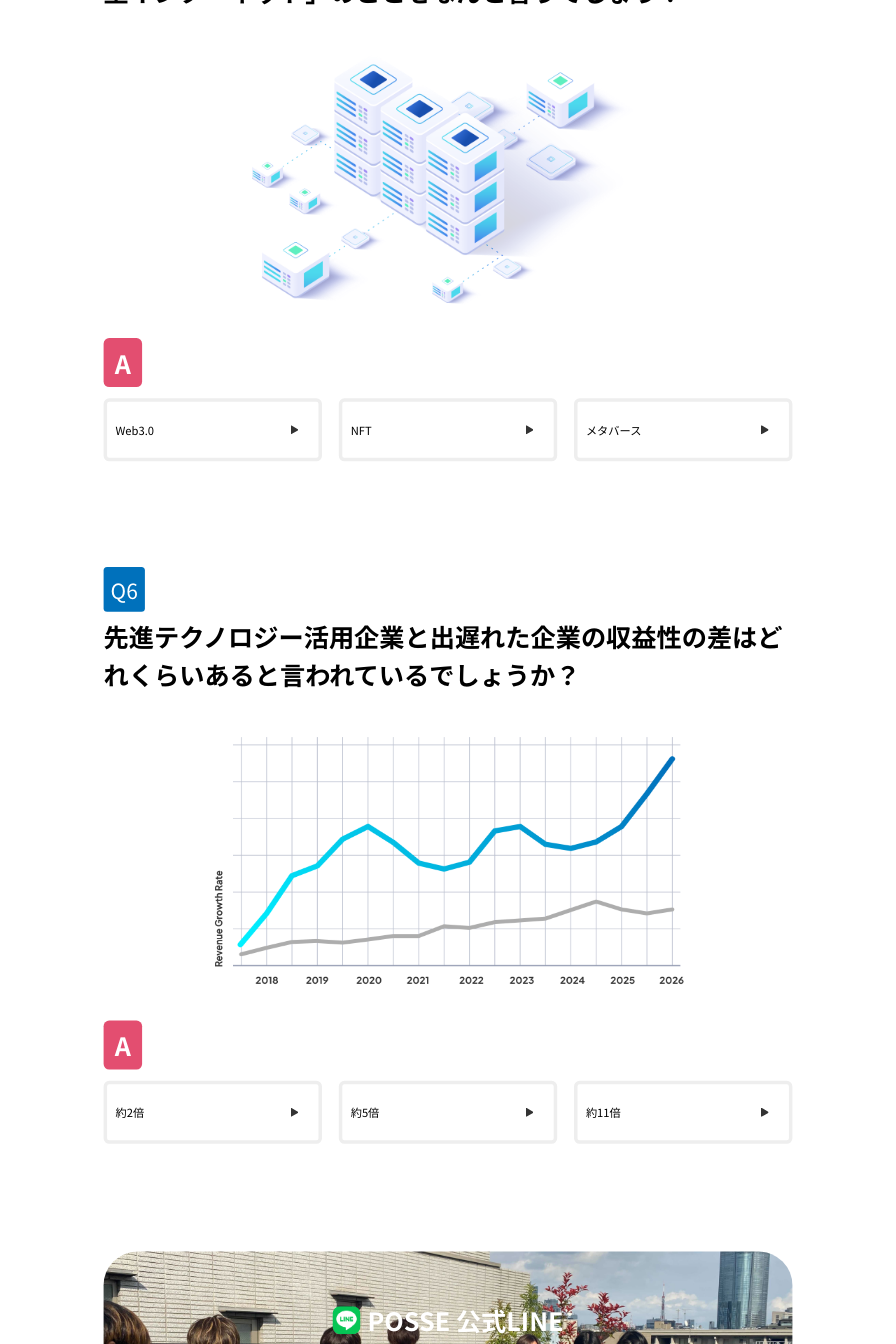
Repository: posse-ap/gen3.0-yurietanaka
Page: ph1-web-quiz/index.html
The author's editor kept a copy of each file at every save. The page is drawn from the files as they stood at one save, then again after the next save.
The browser window is 1280 px wide. The pictures show the part of the page from y = 4580 to 6500 px (the page is 7059 px tall), at 70% of full size.

Above is the page before, as saved 2022-09-02 15:31:24.

After the next save:
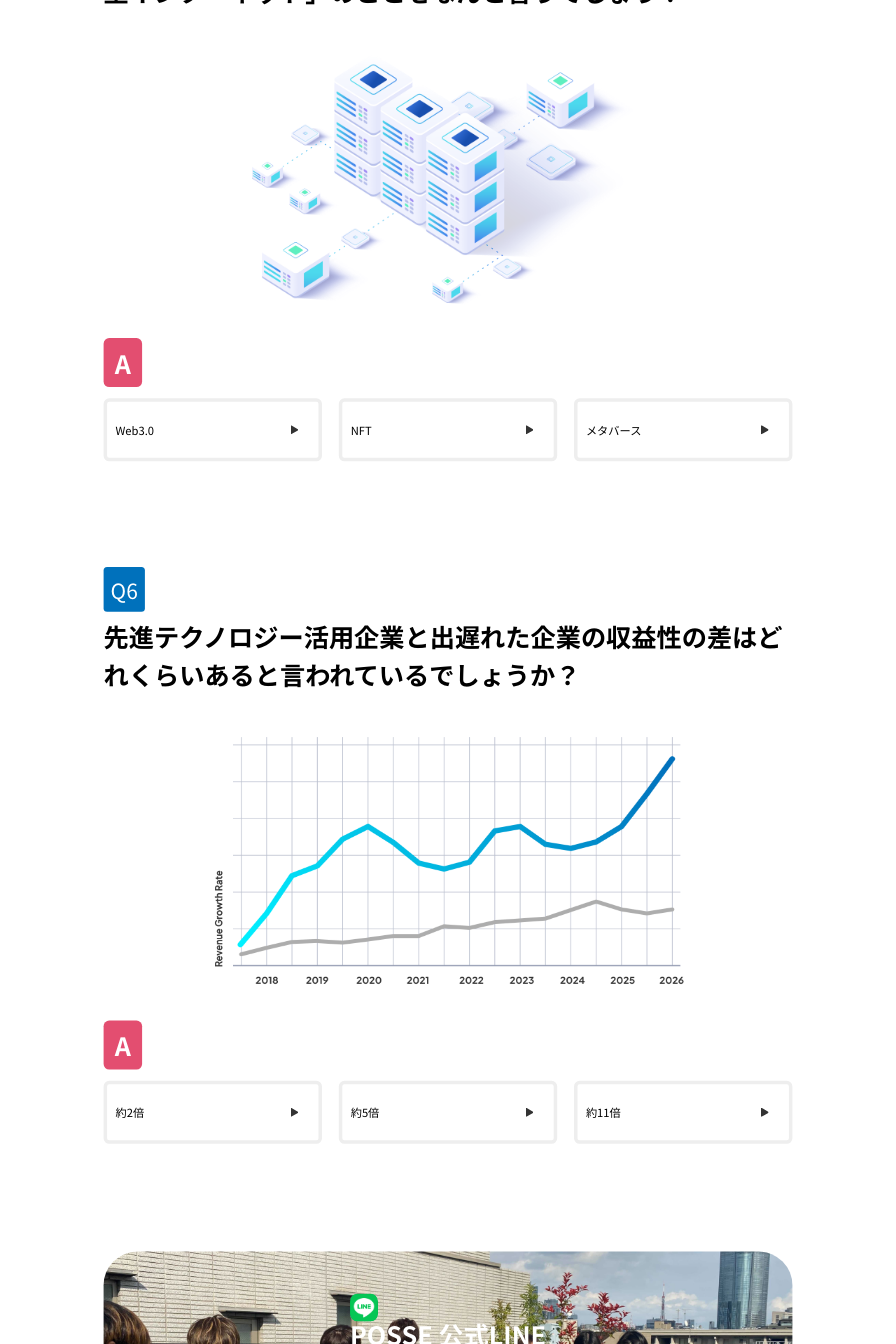
Saved 7 s later.
--- a/ph1-web-quiz/style.css
+++ b/ph1-web-quiz/style.css
@@ -260,7 +260,7 @@
 background-repeat: no-repeat;
 background-size: cover;
 }
-
+.l-con
 
 .p-line-body-inner{
 display: flex;

After the save that followed:
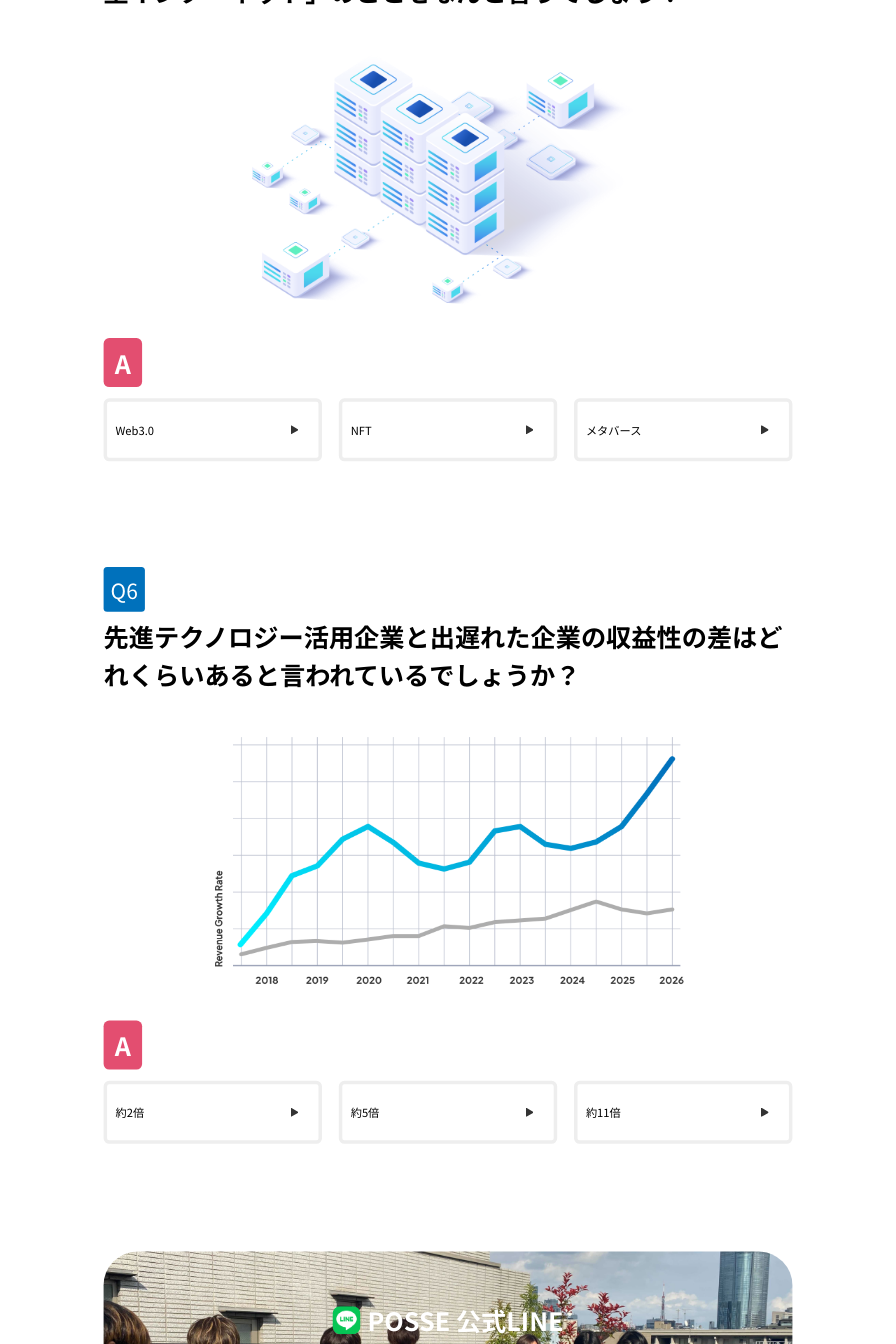
Saved 1 s later.
--- a/ph1-web-quiz/style.css
+++ b/ph1-web-quiz/style.css
@@ -260,7 +260,7 @@
 background-repeat: no-repeat;
 background-size: cover;
 }
-.l-con
+.l-container
 
 .p-line-body-inner{
 display: flex;
